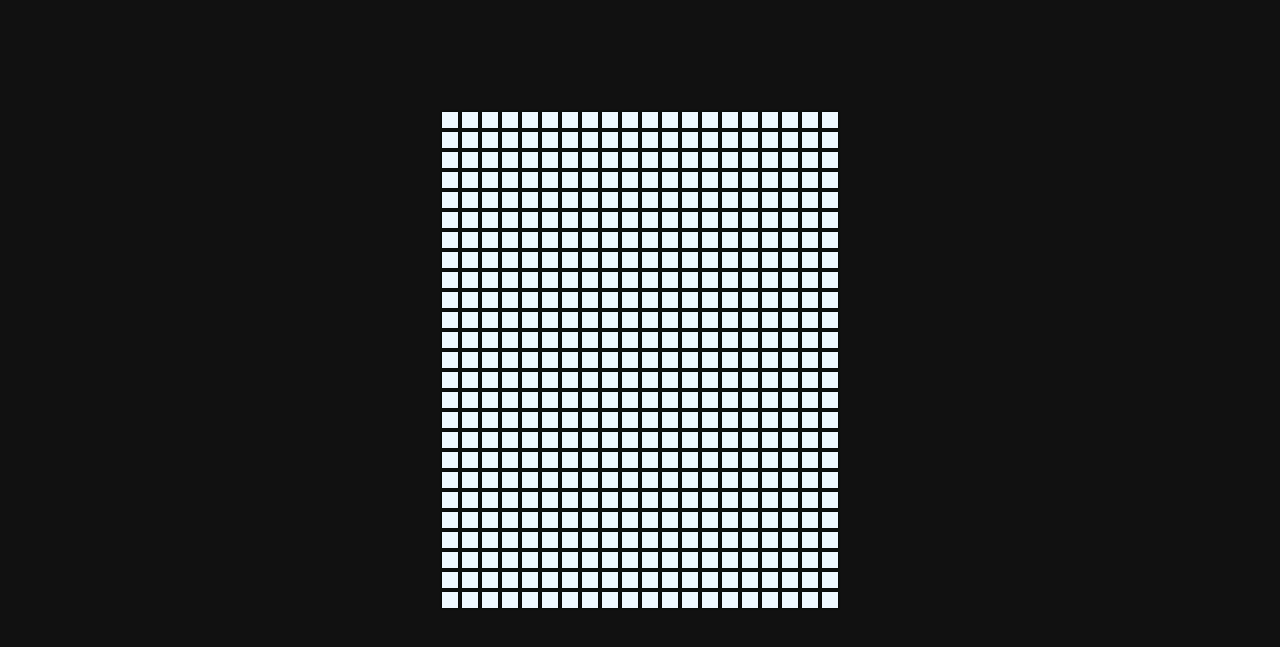
Repository: MorgunovaAlexandra/board-hover
Page: index.html
The author's editor kept a copy of each file at every save. The page is drawn from the files as they stood at one save, then again after a run of saves.
The browser window is 1280 px wide. The pictures show the whole page.

Above is the page before, as saved 2022-07-01 14:57:21.

### index.html

<!DOCTYPE html>
<html lang="en">
<head>
  <meta charset="UTF-8" />
  <meta name="viewport" content="width=device-width, initial-scale=1.0" />
  <link rel="stylesheet" href="styles.css" />
  <title>Доска | Проект 4</title>
</head>
<body>
<div class="container" id="board">

</div>
<script src="./app.js"></script>
</body>
</html>

### styles.css
* {
  box-sizing: border-box;
}

body {
  background-color: #111;
  display: flex;
  align-items: center;
  justify-content: center;
  height: 100vh;
  overflow: hidden;
  margin: 0;
}
.container{
  display: flex;
  justify-content: center;
  align-items: center;
  flex-wrap: wrap;
  max-width: 400px;
}
.square{
width: 16px;
height: 16px;
background-color: aliceblue;
margin: 2px;
box-shadow: 0 0 2px black;
transition:  2s ease;
}
.square:hover{
  transition-duration:0s ;
}

### app.js
const board=document.querySelector('#board')
const colors=['yellow','green','blue']
const SQUERS_NUMBER=500;
for(let i=0;i<SQUERS_NUMBER;i++){
    const squre=document.createElement('div');
    squre.classList.add('square');
    squre.addEventListener('mousemove',()=>{
        setColor(squre)
    })
    squre.addEventListener('mouseleave',()=>{
      removeColor(squre)
    })
    board.append(squre)
}
function setColor(element){
    const color=getColor()
    element.style.backgroundColor=color
    element.style.boxShadow=`0 0 2px `
}
function removeColor(element){
    element.style.backgroundColor='aliceblue'
}
function getColor(){
    const index=Math.floor(Math.random()*colors.length)
    return colors[index]
}

After the next 2 saves:
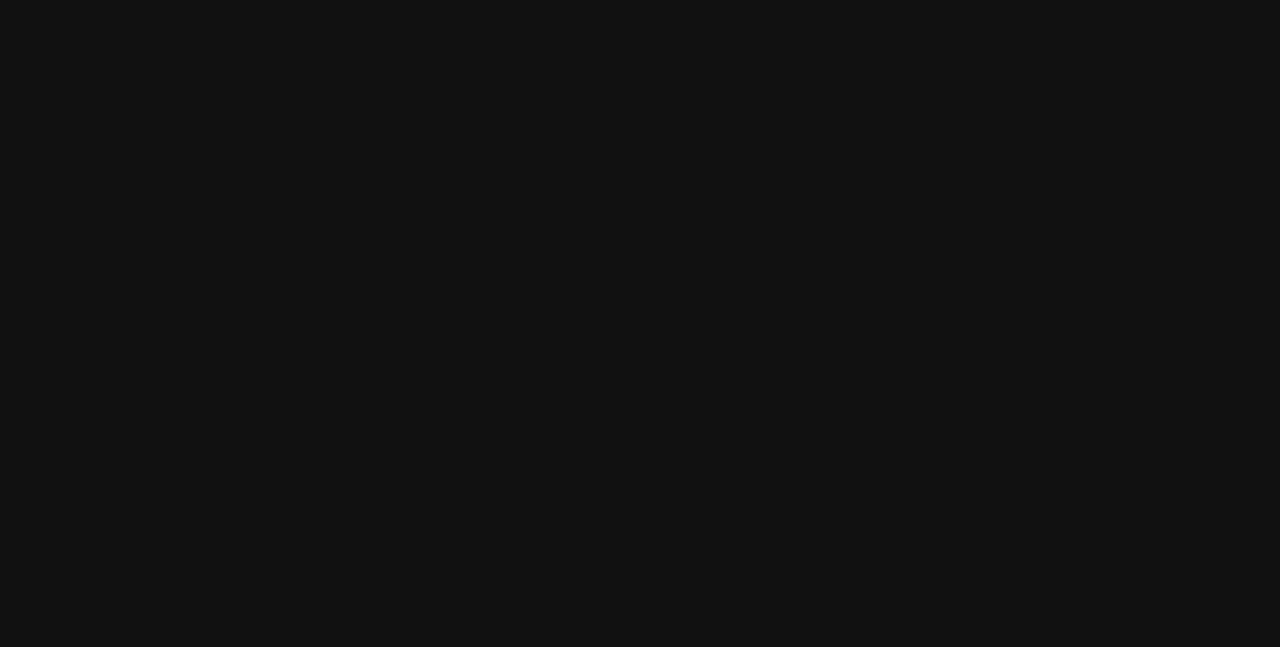
Console error: SyntaxError: Unexpected token '}'
The 2 saves are shown as one change because they came seconds apart.
The last was saved 6 s later.
--- a/app.js
+++ b/app.js
@@ -15,7 +15,7 @@
 function setColor(element){
     const color=getColor()
     element.style.backgroundColor=color
-    element.style.boxShadow=`0 0 2px `
+    element.style.boxShadow=`0 0 2px ${} `
 }
 function removeColor(element){
     element.style.backgroundColor='aliceblue'

After the save that followed:
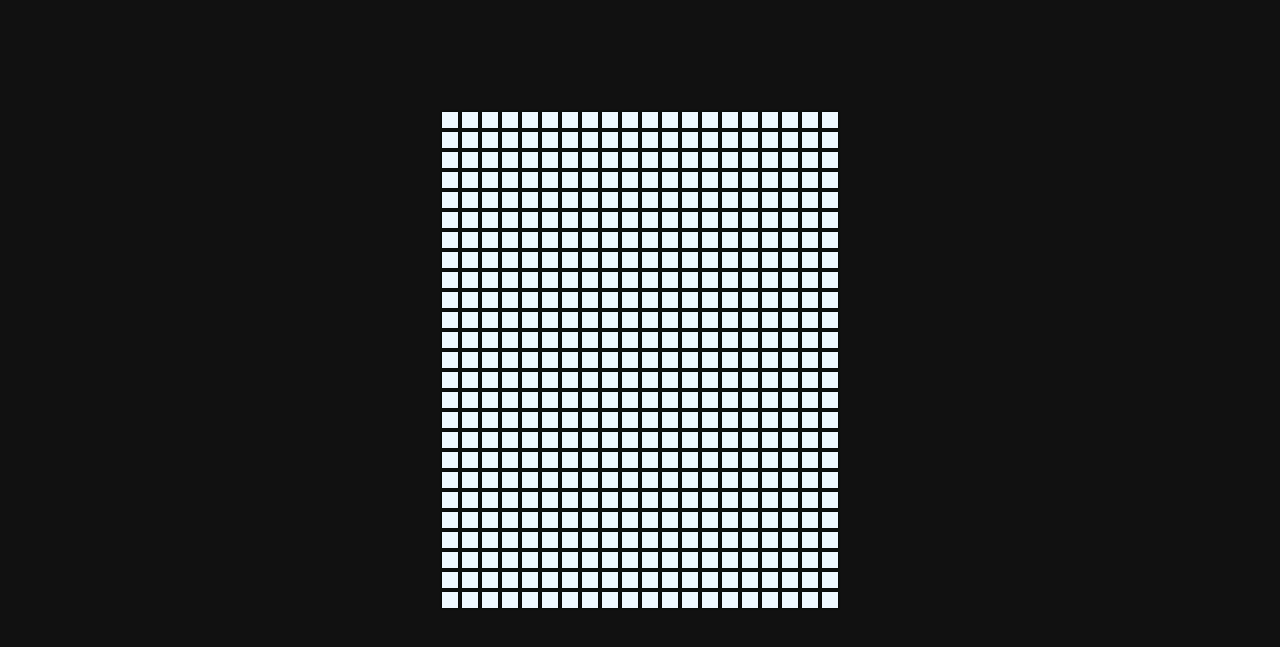
The error is gone.
Saved 7 s later.
--- a/app.js
+++ b/app.js
@@ -15,7 +15,7 @@
 function setColor(element){
     const color=getColor()
     element.style.backgroundColor=color
-    element.style.boxShadow=`0 0 2px ${} `
+    element.style.boxShadow=`0 0 2px ${color} `
 }
 function removeColor(element){
     element.style.backgroundColor='aliceblue'
